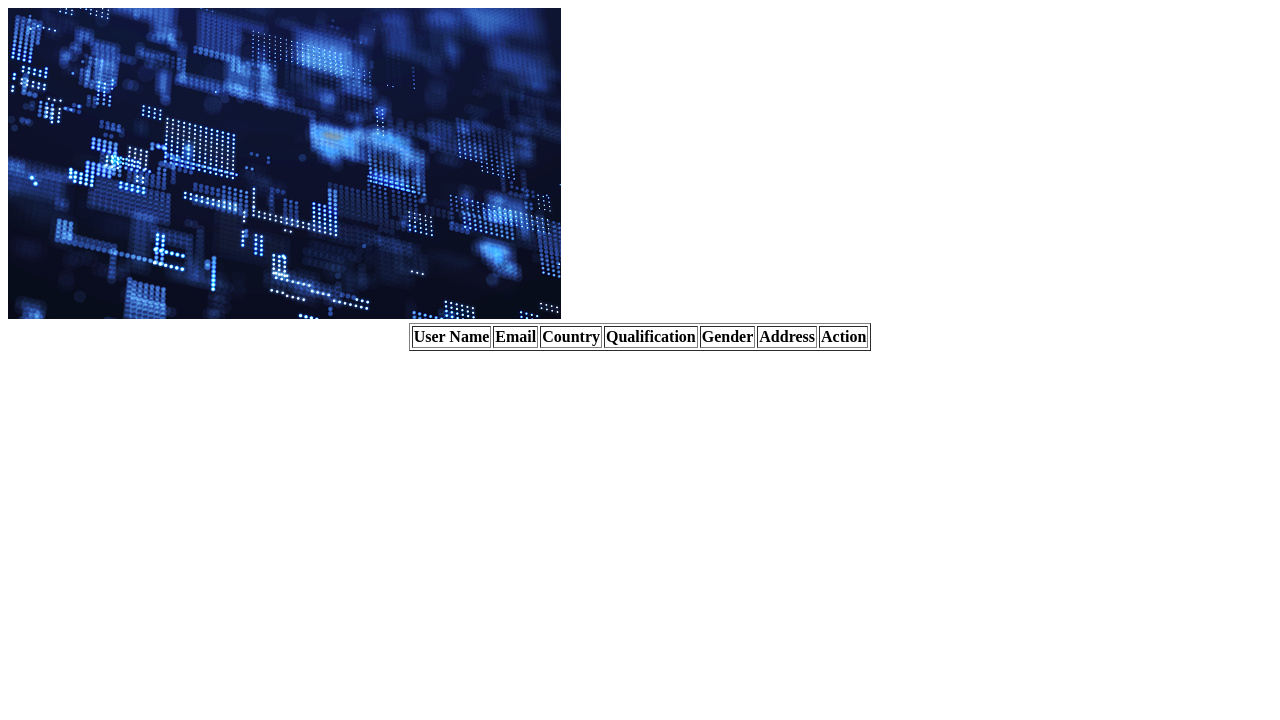
Repository: sainath0323/Website-design-using-J2EE
Page: http://localhost/AdvanceJavaApplication/viewsuccess.jsp
These files come from the project's save history. The page is drawn as it stood at one moment and after the next save; the edit follows.
The browser window is 1280 px wide. The pictures show the whole page.
The page is served by Tomcat 9.

Above is the page before, as saved 2023-04-28 05:38:05.

After the next save:
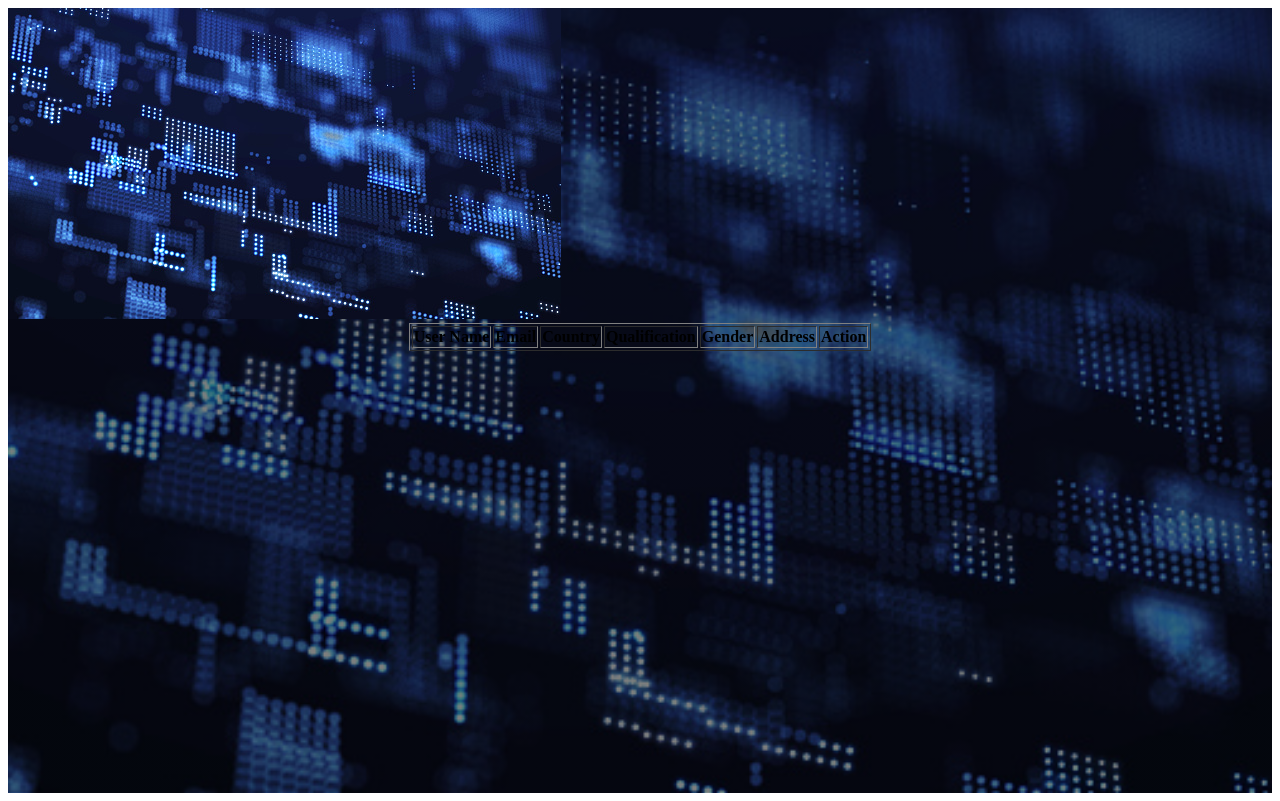
Saved 21 s later.
--- a/AdvanceJavaApplication/src/main/webapp/viewsuccess.jsp
+++ b/AdvanceJavaApplication/src/main/webapp/viewsuccess.jsp
@@ -11,6 +11,13 @@
 margin: auto;
 text-align: center;
 }
+.container{
+  width: 100%;
+    background:linear-gradient(to top,rgba(0,0,0,0.5)50%,rgba(0,0,0,0.5)50%),url(websiteimage.jpg)50%;
+    background-position: center;
+    background-size: cover;
+    height: 109vh;
+    }
 </style>
 </head>
 <body>
